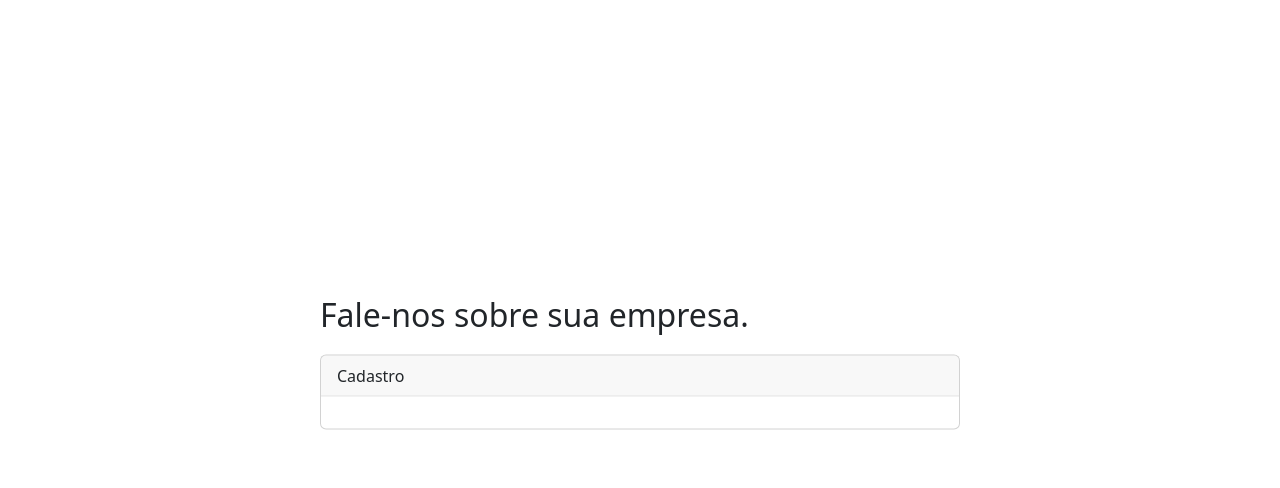
Repository: vandrecx/utilitaries
Page: http://localhost/login_archive/cadastro.php
An editor plug-in stored every save of this project. The page is shown before and after the next save, followed by the edit.
The browser window is 1280 px wide. The pictures show the whole page.
The page is run by PHP 8.4 with error messages shown; the project is at /var/www/html/.

Above is the page before, as saved 2024-05-03 11:25:46.

After the next save:
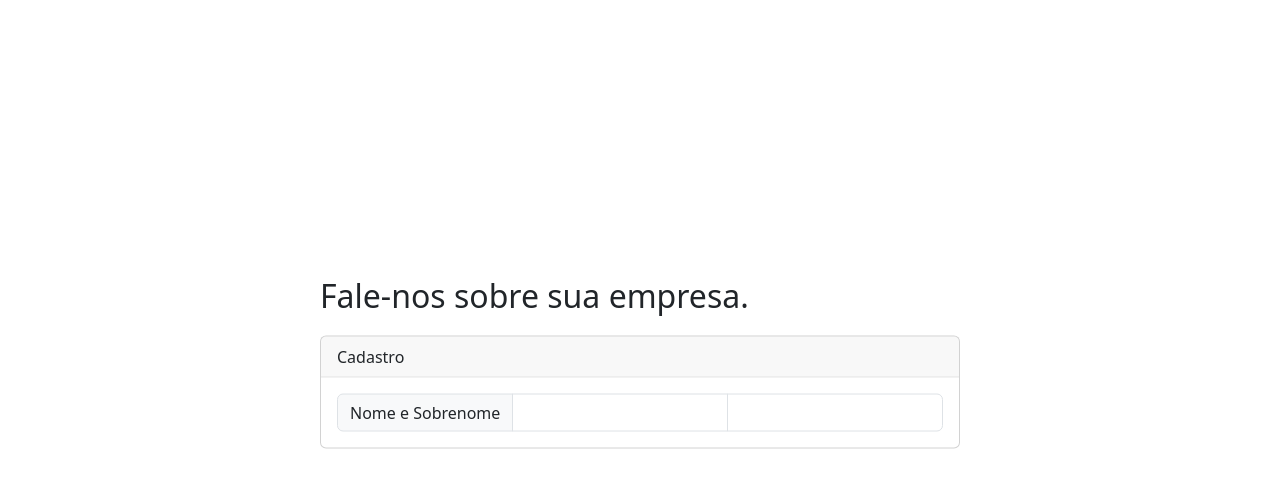
Saved 7 min 3 s later.
--- a/login_archive/cadastro.php
+++ b/login_archive/cadastro.php
@@ -22,7 +22,11 @@ include 'funcoes.php';
             </div>
             <div class="card-body">
                 <form method="POST" action="UserSignUp.php">
-
+                    <div class="input-group">
+                        <span class="input-group-text">Nome e Sobrenome</span>
+                        <input type="text" aria-label="First name" class="form-control">
+                        <input type="text" aria-label="Last name" class="form-control">
+                    </div>
                 </form>
             </div>
         </div>
